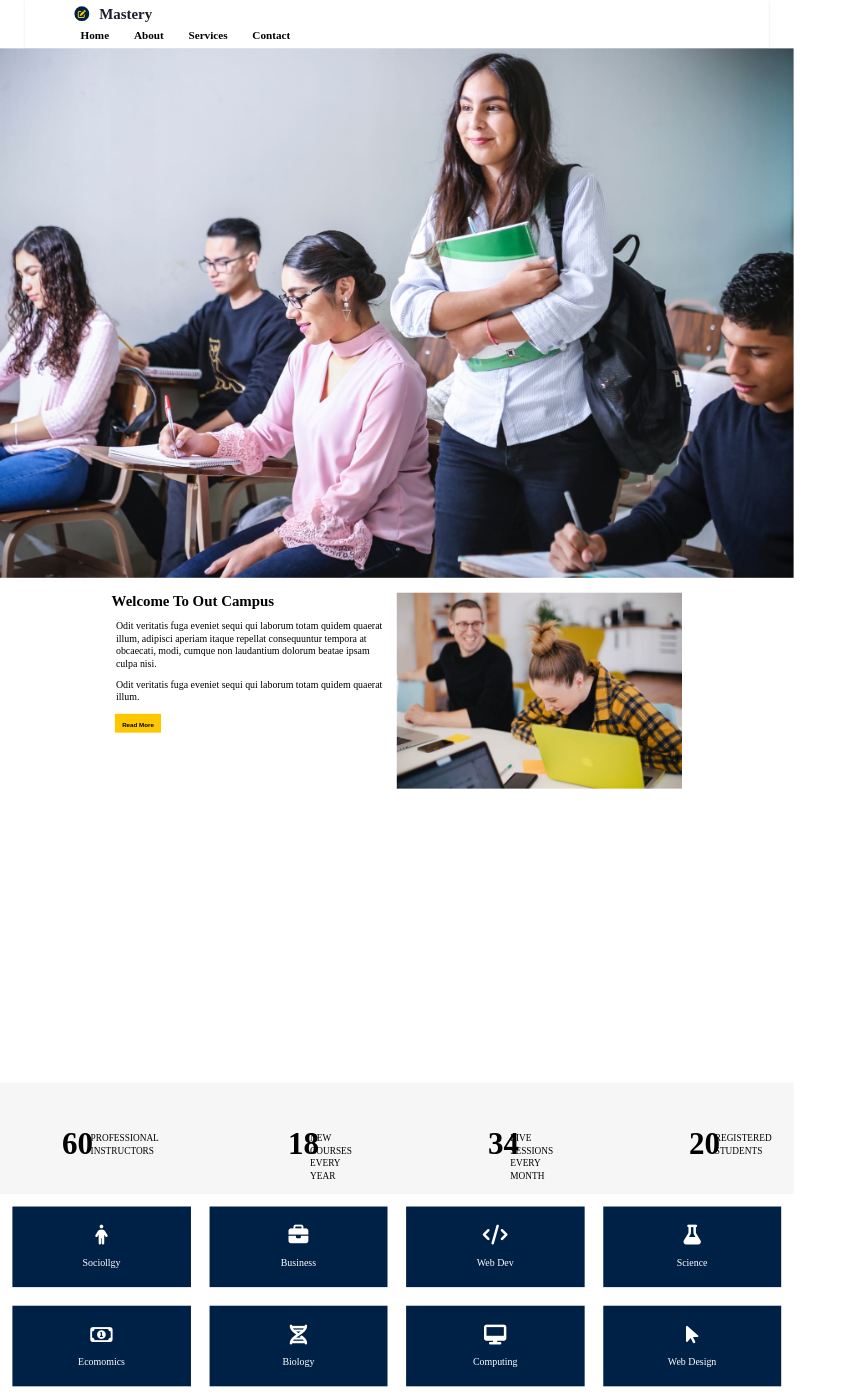
Repository: trminhphuc1504/Mastery
Page: index.html
These files come from the project's save history. The page is drawn as it stood at one moment and after the next save; the edit follows.
The browser window is 1280 px wide. The page is 1358 px wide, so the pictures cover 1358 px, including what lies to the right of the window. The pictures show the whole page, at 62% of full size.
Some web libraries are served in a nearby version.

Above is the page before, as saved 2024-08-24 13:23:45.

### index.html
<!DOCTYPE html>
<html lang="en">
  <head>
    <meta charset="UTF-8" />
    <meta http-equiv="X-UA-Compatible" content="IE=edge" />
    <meta name="viewport" content="width=device-width, initial-scale=1.0" />

    <!-- Font Awesome -->
    <link
      rel="stylesheet"
      href="https://cdnjs.cloudflare.com/ajax/libs/font-awesome/6.6.0/css/all.min.css"
    />

    <link rel="stylesheet" href="./css/style.css" />
    <title>Mastery</title>
  </head>
  <body>
    <!-- Header -->
    <section id="header">
      <div class="container">
        <header>
          <div class="header-logo">
            <a href="#" class="logo">
              <i class="fa-solid fa-pen-to-square"> </i>
              <span class="header-title">Mastery</span>
            </a>
          </div>

          <nav class="header-nav">
            <ul>
              <li>
                <a href="#">Home</a>
              </li>
              <li>
                <a href="#">About</a>
              </li>
              <li>
                <a href="#">Services</a>
              </li>
              <li>
                <a href="#">Contact</a>
              </li>
            </ul>
          </nav>
        </header>
      </div>
    </section>

    <!-- poster -->
    <section id="poster">
      <div class="poster-img">
        <img src="./images/2.jpg" alt="poster" />
      </div>
    </section>

    <!-- banner -->

    <section id="banner">
      <div class="banner-content">
        <div class="banner-container">
          <div class="banner-item">
            <div id="left">
              <h2 class="banner-title">Welcome To Out Campus</h2>
              <p class="banner-desc">
                Odit veritatis fuga eveniet sequi qui laborum totam quidem
                quaerat illum, adipisci aperiam itaque repellat consequuntur
                tempora at obcaecati, modi, cumque non laudantium dolorum beatae
                ipsam culpa nisi.
              </p>
              <p>
                Odit veritatis fuga eveniet sequi qui laborum totam quidem
                quaerat illum.
              </p>
              <div class="banner-button">
                <button class="banner-btn"><b> Read More </b></button>
              </div>
            </div>
            <div id="right">
              <img src="./images/g1.jpg" alt="banner" />
            </div>
          </div>
        </div>
        <!-- <div class="banner-button">
          <button class="banner-btn"><b> Read More </b></button>
        </div> -->
        <!-- <div id="right">
          <img src="./images/g1.jpg" alt="banner" />
        </div> -->
      </div>
    </section>

    <!-- content -->
    <section id="content">
      <div class="content-container">
        <div class="content-content">
          <div class="content-item">
            <h3>60</h3>
            <p>Professional Instructors</p>
          </div>
          <div class="content-item">
            <h3>18</h3>
            <p>New Courses Every Year</p>
          </div>
          <div class="content-item">
            <h3>34</h3>
            <p>Live Sessions Every Month</p>
          </div>
          <div class="content-item">
            <h3>20</h3>
            <p>Registered Students</p>
          </div>
        </div>
      </div>
    </section>

    <section id="banner">
      <div class="banner-container">
        <div class="banner-content">
          <div class="banner-items">
            <div class="banner-slide">
              <i class="fa-solid fa-person"></i>
              <p>Sociollgy</p>
            </div>
          </div>
          <div class="banner-items">
            <div class="banner-slide">
              <i class="fa-solid fa-briefcase"></i>
              <p>Business</p>
            </div>
          </div>
          <div class="banner-items">
            <div class="banner-slide">
              <i class="fa-solid fa-code"></i>
              <p>Web Dev</p>
            </div>
          </div>
          <div class="banner-items">
            <div class="banner-slide">
              <i class="fa-solid fa-flask"></i>
              <p>Science</p>
            </div>
          </div>
          <div class="banner-items">
            <div class="banner-slide">
              <i class="fa-regular fa-money-bill-1"></i>
              <p>Ecomomics</p>
            </div>
          </div>
          <div class="banner-items">
            <div class="banner-slide">
              <i class="fa-solid fa-dna"></i>
              <p>Biology</p>
            </div>
          </div>
          <div class="banner-items">
            <div class="banner-slide">
              <i class="fa-solid fa-desktop"></i>
              <p>Computing</p>
            </div>
          </div>
          <div class="banner-items">
            <div class="banner-slide">
              <i class="fa-solid fa-arrow-pointer"></i>
              <p>Web Design</p>
            </div>
          </div>
        </div>
      </div>
    </section>
  </body>
</html>

### css/style.css
* {
    margin: 0;
    padding: 0;
    box-sizing: border-box;
}

a{
    text-decoration: none;
}

.container{
    max-width: 1200px;
    margin: auto;
}



/* header .header-logo{
    background-color:pink;
    padding: 20px ;
} */

/* Header */

header{
    background-color:white;
    padding: 10px 0;
    box-shadow: 0 2px 4px rgba(0, 0, 0, 0.1);
}

.header-logo{
    display: flex;
    align-items:center;
    margin-left: 80px;
    margin-bottom: 10px;
}

.logo{
    font-size:24px;
    text-decoration: none;
    text-align: center;

}

.logo i{
    width: 24px;
    height: 24px;
    margin-right: 10px;
    line-height: 24px;
    border-radius:50%;
    background-color:#002146;
    font-size: 13px;
    vertical-align: top;
    color:#FDC800;
    display: inline-block;
}


.header-nav ul{
    list-style: none;
    display: flex;
    gap: 40px;
    display: flex;
    align-items: center;
    margin-left:90px;
}


.logo .header-title{
    color:#1B1D2D;
    font-weight: 700;
}


.header-nav ul li a{
    font-size:18px;
    color:#000;
    font-weight: 600;
}

/* Poster */
.poster-img img{
    width:100%;
}

/* Banner */
.banner-content .banner-container{
    margin:auto;
    width:75%;
    padding-top: 50px;
    padding-bottom: 120px;
}

 .banner-content .banner-container .banner-item #left{
    float:left;
    width: 50%;
}

 /* .banner-content .banner-container{
    padding-top: 50px;
} */

.banner-content .banner-container .banner-item #right{
    float:right;
    width: 50%;
}

 .banner-content .banner-container .banner-item #right img{
    width: 100%;
}

.banner-content .banner-container .banner-item #left .banner-title{
    padding-bottom: 10px;
}

/* .banner-content .banner-container .banner-item #left .banner-title .banner-desc p{
    margin-bottom: 30px;
    margin-top: 20px;
} */

#left p{
    padding: 7px;
    line-height: 20px;
    /* margin-top: px; */
}



.banner-button .banner-btn{
    background-color:#FDC800;
    padding: 5px 10px;
    font-weight: 400;
    font-size: 15px;
    outline: none;
    border:2px solid transparent;
    margin: 10px 5px;
    border-radius:5%;
}

.banner-button .banner-btn b{
    font-size: 10px;
}


/* Content */
#content {
    margin-top: 450px;
    background-color: #F6F6F6;
    height: 180px;
}

.content-container .content-content{
    display: flex;
    --number-item:4
    --gap:50px
    gap: var(--gap);
    /* gap:50px; */
}

.content-content .content-item{
    display: flex;
    gap:5px;
    padding: 70px 100px;
    width: calc((100% - calc(var(--number-item) - 1) * var(--gap)) / var(--number-item));
}



.content-content .content-item h3{
    font-size: 50px;
    width: 25%;
}

.content-content .content-item p{
    text-transform: uppercase;
    font-size: 15px;
    padding-top: 10px;
    width: 50%;
    font-weight: 500;
    line-height: 20px;
}


/* Banner */
#banner .banner-container{
    padding:20px;
}

#banner .banner-content{
    display: flex;
    flex-wrap: wrap;
    justify-content: space-between;
    --number-item:4;
    --gap:30px;
    gap:var(--gap);

}

#banner .banner-items{
    width: calc((100% - calc(var(--number-item) - 1) * var(--gap)) / var(--number-item));
    box-sizing:border-box;
}

#banner .banner-slide{
    padding:30px 5px;
    background-color:#002146;
    display: flex;
    flex-direction: column;
    align-items:center;
    justify-content: center;
    text-align: center;
}

.banner-slide p{
    color:#fff;
    margin-top: 20px;
}

.banner-slide i{
    color:#fff;
    /* 1rem = 16px */
    font-size: 2rem;
}

After the next save:
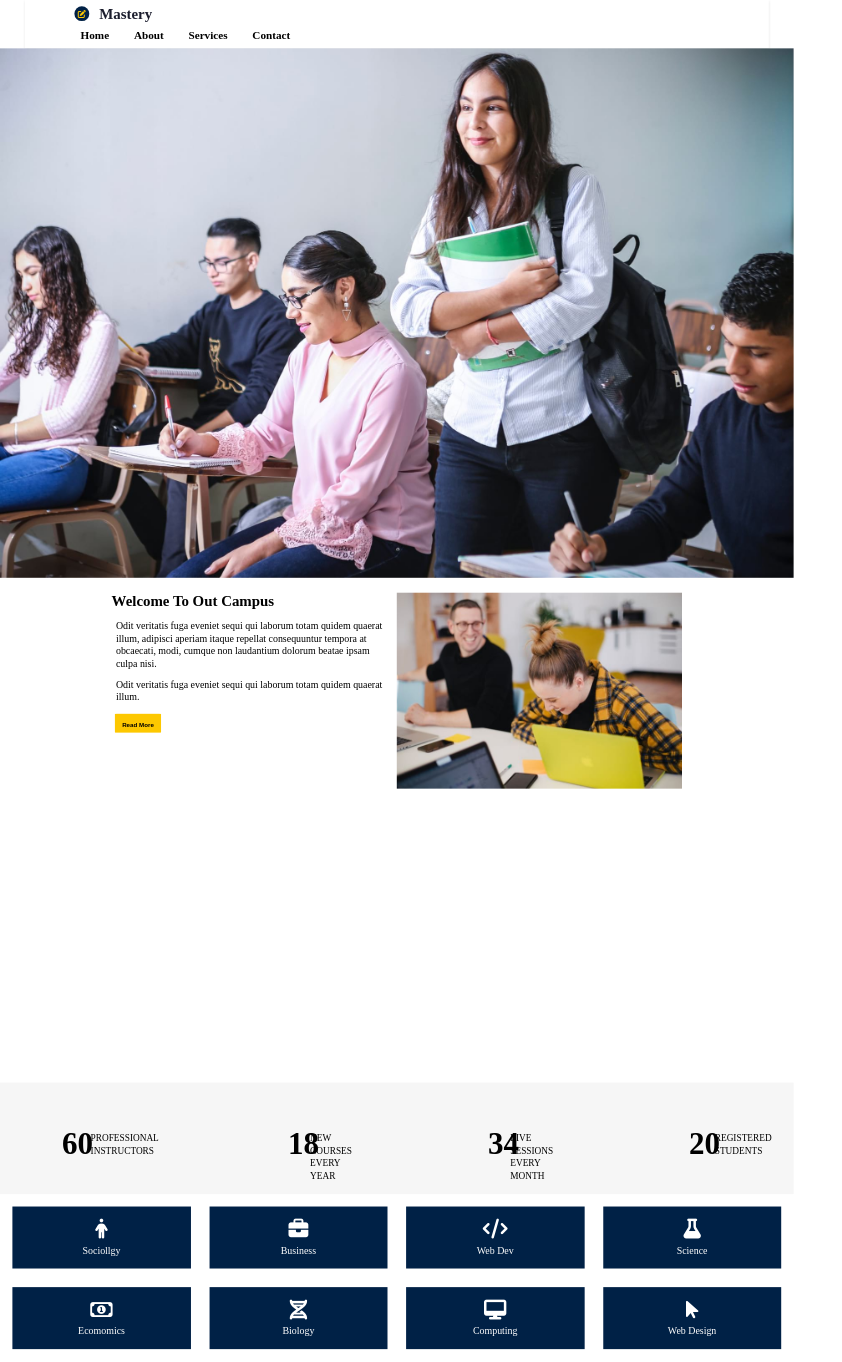
Saved 116 s later.
--- a/css/style.css
+++ b/css/style.css
@@ -202,7 +202,7 @@ header{
 }
 
 #banner .banner-slide{
-    padding:30px 5px;
+    padding:20px 10px;
     background-color:#002146;
     display: flex;
     flex-direction: column;
@@ -213,7 +213,7 @@ header{
 
 .banner-slide p{
     color:#fff;
-    margin-top: 20px;
+    margin-top: 10px;
 }
 
 .banner-slide i{
